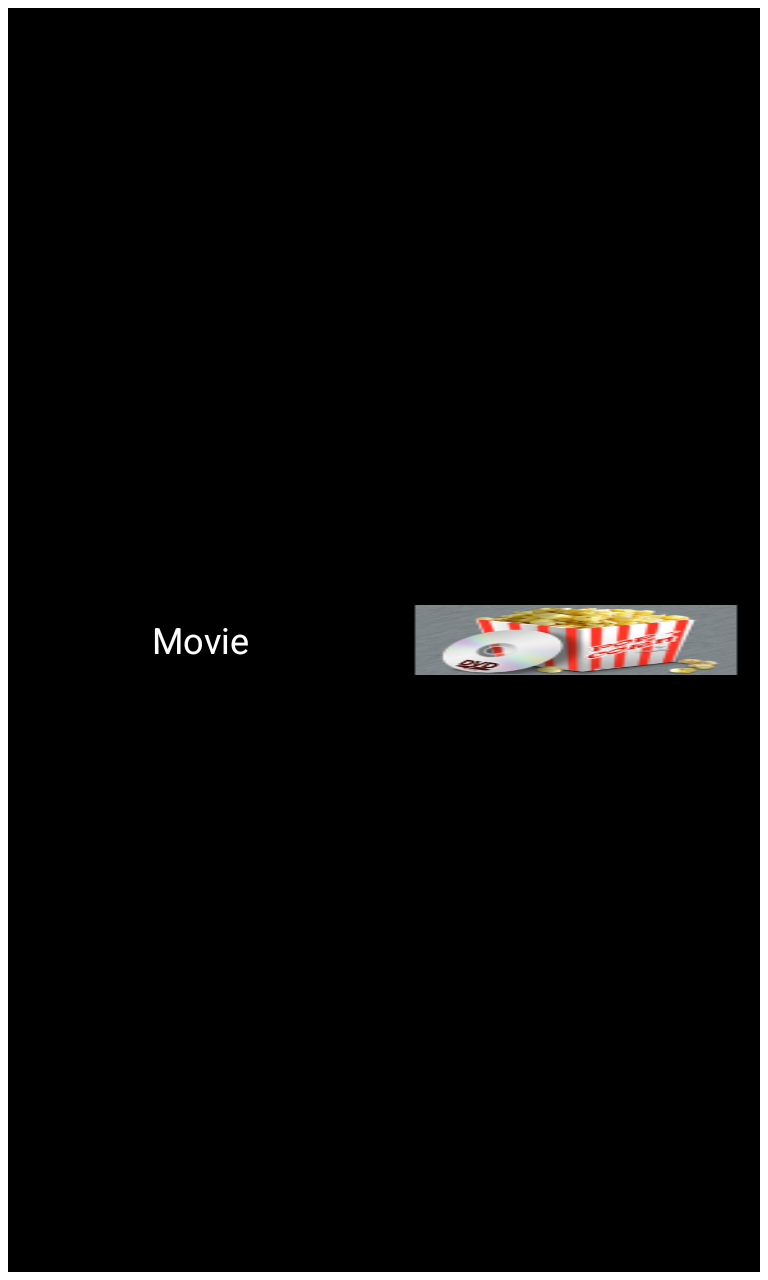
Repository: efreestone/MDF3_Freestone
Layout: MDF3Project3/res/layout/widget_layout.xml
These files come from the project's save history. The layout is drawn as it stood at one moment and after the next save; the edit follows.
It is drawn on a 768 x 1280 px phone screen (xhdpi) without system bars, with theme AppTheme; the app's code is not run.

Above is the layout before, as saved 2014-07-25 03:26:10.

After the next save:
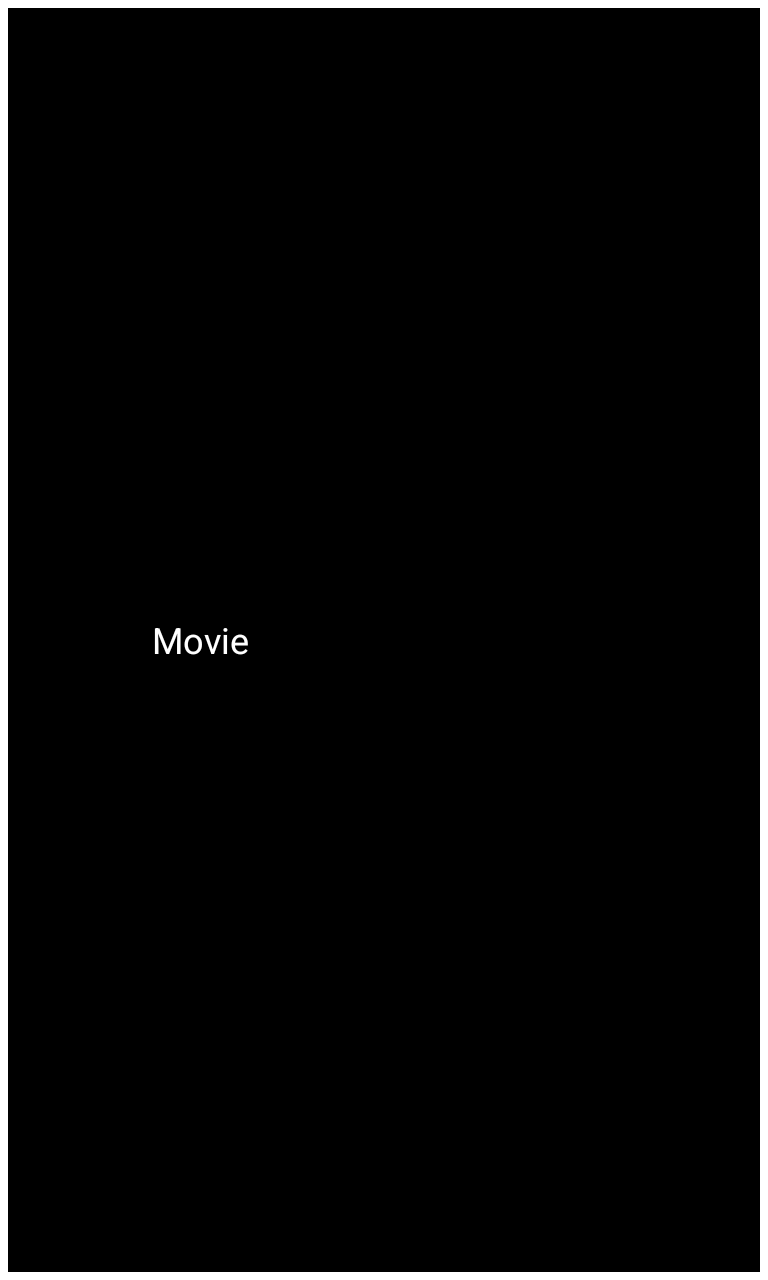
Saved 28 s later.
--- a/MDF3Project3/res/layout/widget_layout.xml
+++ b/MDF3Project3/res/layout/widget_layout.xml
@@ -25,7 +25,7 @@
             android:id="@+id/button1"
             android:layout_weight="1"
             android:layout_width="40dp"
-            android:layout_height="40dp"
+            android:layout_height="0dp"
             android:background="@drawable/ic_launcher"/>
     </LinearLayout>
 
